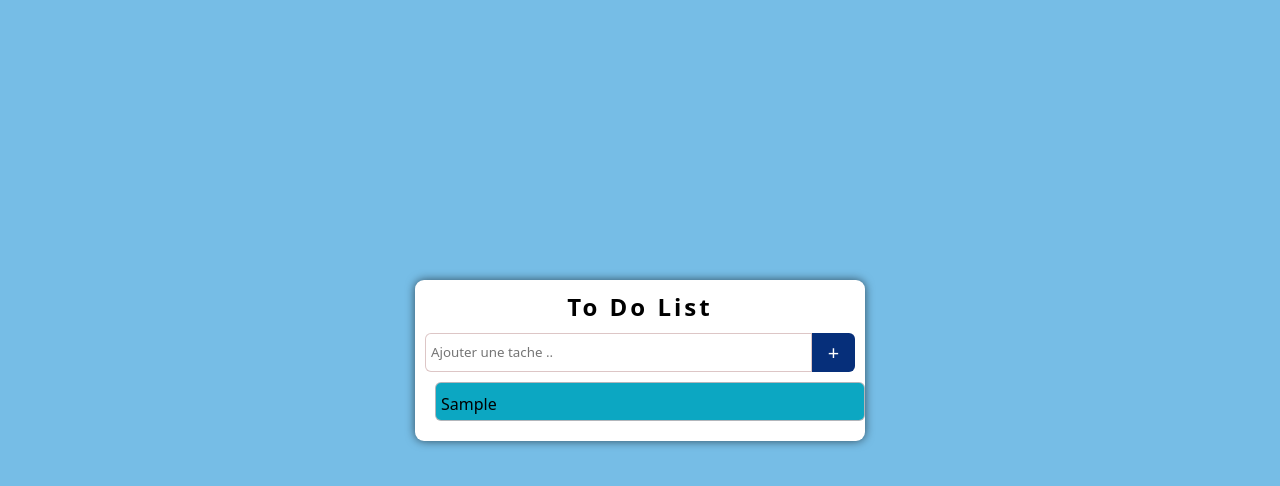
Repository: beva3/javaScrypt
Page: to-do-liste/index.html
An editor plug-in stored every save of this project. The page is shown before and after a run of saves, followed by the edit.
The browser window is 1280 px wide. The pictures show the whole page.
Empty fields were first filled with sample values (such as "Sample", 5 or name@example.com).
After loading, the first visible `#addTodo` was clicked once.

Above is the page before, as saved 2024-05-08 21:24:22.

After the next 2 saves:
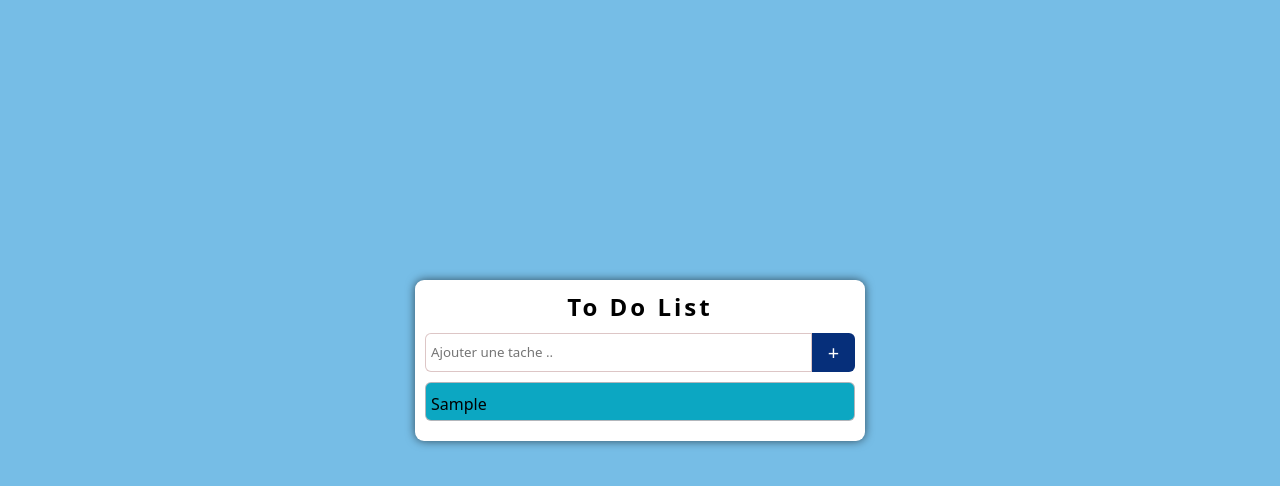
The 2 saves are shown as one change because they came seconds apart.
The last was saved 7 s later.
--- a/to-do-liste/style.css
+++ b/to-do-liste/style.css
@@ -54,5 +54,5 @@ h1{
     border: 1px solid rgba(214, 186, 186, 0.822);
     background-color: rgb(12, 167, 194);
     border-radius: 6px;
-    margin: 10px;
+    margin: 10px 0;
 }
